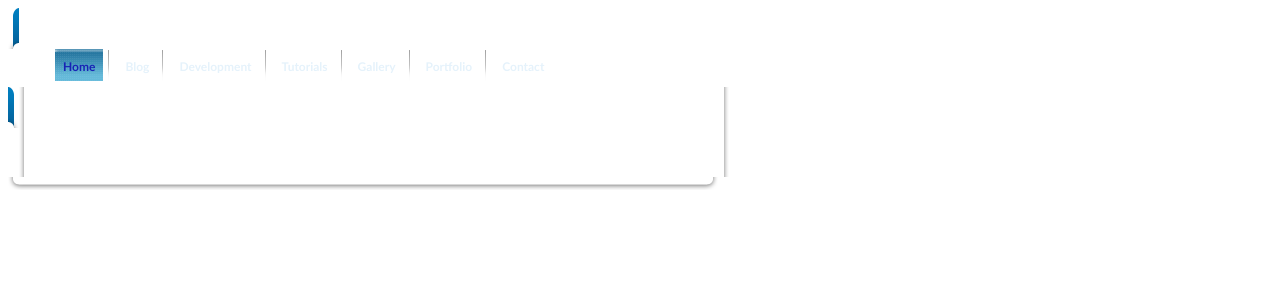
Repository: acura/IssueTrackingSystem
Page: its/WebContent/index1.html
The author's editor kept a copy of each file at every save. The page is drawn from the files as they stood at one save, then again after the next save.
The browser window is 1280 px wide. The pictures show the whole page.

Above is the page before, as saved 2013-02-20 12:06:52.

After the next save:
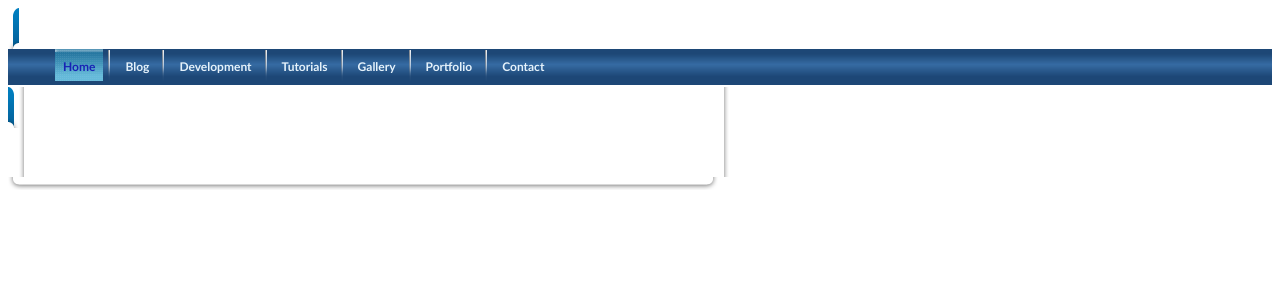
Saved 18 h 40 min later.
--- a/its/WebContent/css/menu_style.css
+++ b/its/WebContent/css/menu_style.css
@@ -24,7 +24,7 @@
 	width: 100%;
 }
 .nav {
-	/*background: #fff url(../images/menuback.png) repeat-x;*/
+	background: #fff url(../images/menuback.png) repeat-x;
 	float: left;
 	width: 100%;
 }
